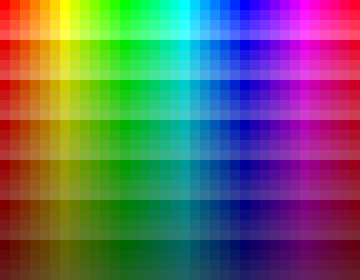
Repository: GitUserG1729/mapf
Script's output: python mapf_visualizer-py/color.py
The author's editor kept a copy of each file at every save. The script's output is drawn from the files as they stood at one save, then again after the next save.
The window is shown after at most 60 frames with no key pressed. Random numbers start from a fixed seed.

Above is the script's output before, as saved 2021-07-19 18:13:23.

### mapf_visualizer-py/color.py
import pygame
import math


def k_contrast_color(k_color, HSV_list):
  # hue       : 0-360, min_step: 5(72)
  # saturation: 60-100, min_step: 10(5)
  # intensive : 50-100, min_step: 10(6)
  # max_color = 72*6*6 = 2592

  H_min_step = 10
  H_max_num = 360 // H_min_step
  S_min_step = 10
  S_max_num = math.floor(30 / S_min_step) + 1
  I_min_step = 10
  I_max_num = math.floor(60 / I_min_step) + 1

  H = 360
  S = 100
  I = 100
  T = 100

  if k_color <= H_max_num*S_max_num*I_max_num:
    if k_color <= H_max_num*S_max_num:
      if k_color <= H_max_num:
        S = 100
        I = 100
        H_step = 360 // k_color
        for i in range(k_color):
          Hi = i
          tmp_H = Hi * H_step
          HSV_list.append((tmp_H, S, I, T))
      else: # >H_max_num
        I = 100
        H_step = H_min_step
        S_num = math.ceil(k_color / H_max_num)
        S_step = 30 / (S_num-1)
        for i in range(k_color):
          Hi = i % H_max_num
          tmp_H = Hi * H_step
          Si = math.floor(i / H_max_num)
          tmp_S = 100 - Si * S_step
          HSV_list.append((tmp_H, tmp_S, I, T))

    else: # >H_max_num*S_max_num
        S_step = 10
        H_step = H_min_step
        I_num = math.ceil(k_color / (H_max_num*S_max_num))
        I_step = 60 / (I_num-1)
        for i in range(k_color):
          Hi = i % H_max_num
          tmp_H = Hi * H_step
          Si = (i//H_max_num) % S_max_num
          tmp_S = 100 - Si * S_step
          Ii = math.floor(i / (H_max_num*S_max_num))
          tmp_I = 100 - Ii * I_step
          HSV_list.append((tmp_H, tmp_S, tmp_I, T))

  else : # >H_max_num*S_max_num*I_max_num
    print("[ERROR]: NUM OF COLOR IS TOO LARGE.")

  return HSV_list


if __name__ == '__main__':
  grid_len = 36
  grid_wid = 28
  grid_size = 10
  win_len = grid_len*grid_size
  win_wid = grid_wid*grid_size

  pygame.init()
  screen = pygame.display.set_mode((win_len, win_wid))
  pygame.display.set_caption('k contrast color')

  grids = [pygame.Surface((grid_size, grid_size),
                          pygame.SRCALPHA).convert_alpha() \
                          for _ in range(grid_len*grid_wid)]
  map_back = pygame.surface.Surface((win_len, win_wid),
                                    pygame.SRCALPHA, 32)
  map_back = map_back.convert_alpha()

  rgb_colors = []
  hsv_colors = []
  k_contrast_color(grid_len*grid_wid, hsv_colors)
  # print('color len:', len(rgb_colors))
  # print(rgb_colors)
  map_back.fill((0,0,0))
  while 1:
    for i in range(grid_len):
      for j in range(grid_wid):
        color = pygame.Color(0,0,0,0)
        color.hsva = hsv_colors[j*grid_len+i]
        # print(color)
        grids[j*grid_len+i].fill(color)
        map_back.blit(grids[j*grid_len+i],
                            ((i)*grid_size,
                              (j)*grid_size))
    screen.blit(map_back, (0,0))
    pygame.display.update()
    for event in pygame.event.get():
      if event.type == pygame.QUIT:
        pygame.quit()

After the next save:
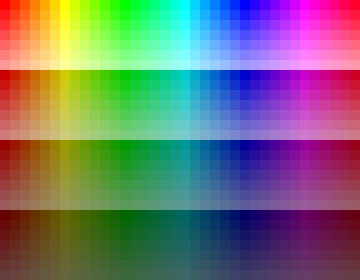
Saved 20 s later.
--- a/mapf_visualizer-py/color.py
+++ b/mapf_visualizer-py/color.py
@@ -11,7 +11,7 @@ def k_contrast_color(k_color, HSV_list):
   H_min_step = 10
   H_max_num = 360 // H_min_step
   S_min_step = 10
-  S_max_num = math.floor(30 / S_min_step) + 1
+  S_max_num = math.floor(60 / S_min_step) + 1
   I_min_step = 10
   I_max_num = math.floor(60 / I_min_step) + 1
 
